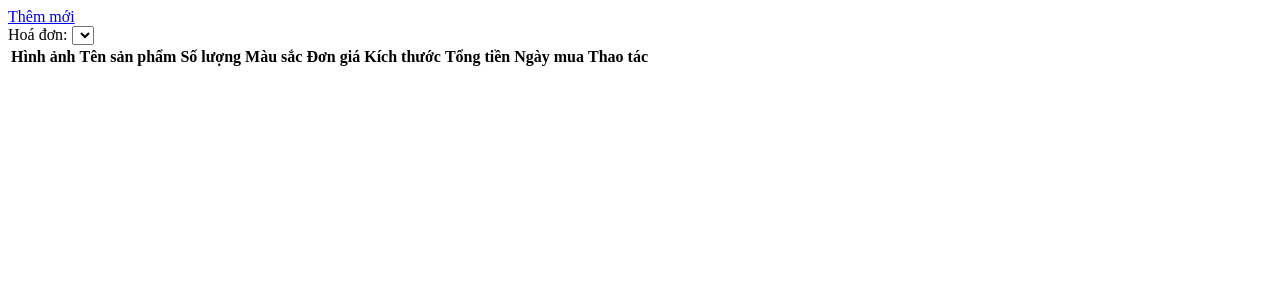
Repository: nvhct2002vn/Java4_asm.github.io
Page: http://localhost/HiennvPH13697_SOF3011_Assignment/views/admin/carts/index.jsp
An editor plug-in stored every save of this project. The page is shown before and after a run of saves, followed by the edit.
The browser window is 1280 px wide. The pictures show the whole page.
The page is served by Tomcat 9. Other server files are loaded and not shown. The template is opened directly, without the code that normally fills it, so the values that code supplies are empty.

Above is the page before, as saved 2022-04-09 16:00:43.

### HiennvPH13697_SOF3011_Assignment/src/main/webapp/views/admin/carts/index.jsp
<%@ page language="java" contentType="text/html; charset=UTF-8"
	pageEncoding="UTF-8"%>
<%@taglib uri="http://java.sun.com/jstl/core_rt" prefix="c"%>
<%-- <c:if test="${ empty userLogin}"> --%>
<!-- 	<div class="text-center"> -->
<!-- 		<h4>Vui lòng đăng nhập!</h4> -->
<!-- 	</div> -->
<%-- </c:if> --%>
<%-- <c:if test="${ !empty userLogin}"> --%>
<%-- 	<c:if test="${ user.phanQuyen != 1 }"> --%>
<!-- 		<div class="text-center"> -->
<!-- 			<h4>Bạn không có quyền truy cập!</h4> -->
<!-- 		</div> -->
<%-- 	</c:if> --%>
<%-- </c:if> --%>
<%-- <c:if test="${userLogin.phanQuyen == 1}"> --%>

<%-- </c:if> --%>
<c:if test="${ !empty  sessionScope.message }">
	<div class="alert alert-success">${ sessionScope.message }</div>
	<c:remove var="message" scope="session" />
</c:if>

<c:if test="${ !empty  sessionScope.erro }">
	<div class="alert alert-danger">${ sessionScope.erro }</div>
	<c:remove var="erro" scope="session" />
</c:if>

<div class="table-responsive">
	<div class="text-center">
		<a class="btn btn-warning mt-2"
			href="/HiennvPH13697_SOF3011_Assignment/products/create">Thêm mới</a>
	</div>

	<div>
		<label class="form-lable">Hoá đơn:</label> <select name="cart"
			class="form-select">
			<c:forEach var="lstCart" items="${ lstCart }">
				<option value="${ lstCart.id }">${ lstCart.id }</option>
			</c:forEach>
		</select>
	</div>

	<table class="table">
		<tr>
			<th>Hình ảnh</th>
			<th>Tên sản phẩm</th>
			<th>Số lượng</th>
			<th>Màu sắc</th>
			<th>Đơn giá</th>
			<th>Kích thước</th>
			<th>Tổng tiền</th>
			<th>Ngày mua</th>
			<!-- 			<th>Người thêm</th> -->
			<th colspan="2">Thao tác</th>
		</tr>
		<c:forEach var="lstCartdt" items="${ lstCartdt }">
			<tr>
				<td><img alt="Product" style="max-height: 100px"
					src="/HiennvPH13697_SOF3011_Assignment/images/${ lstCartdt.product.img }"></td>
				<td>${ lstCartdt.product.category.ten}${ khoangTrang }${ lstCartdt.product.ten }</td>
				<td>${ lstCartdt.soLuong }</td>
				<td>${ lstCartdt.product.mauSac }</td>
				<td>${ lstCartdt.product.donGia }</td>
				<td>${ lstCartdt.product.kichThuoc }</td>
				<td>${ lstCartdt.cart.tongTien }</td>
				<td>${ lstCartdt.cart.ngayMua }</td>
				<td><a class="btn btn-info"
					href="/HiennvPH13697_SOF3011_Assignment/products/edit?id=${ lstCartdt.id }">Sửa</a>
				</td>
				<td>
					<!-- Button trigger modal -->
					<button type="button" class="btn btn-danger" data-bs-toggle="modal"
						data-bs-target="#exampleModal${ lstCartdt.id }">Xóa</button> <!-- Modal -->
					<div class="modal fade" id="exampleModal${ lstCartdt.id }"
						tabindex="-1" aria-labelledby="exampleModalLabel"
						aria-hidden="true">
						<div class="modal-dialog">
							<div class="modal-content">
								<div class="modal-header">
									<h5 class="modal-title" id="exampleModalLabel">Xóa sản
										phẩm</h5>
									<button type="button" class="btn-close" data-bs-dismiss="modal"
										aria-label="Close"></button>
								</div>
								<div class="modal-body">Bạn chắc chắn muốn xóa sản phẩm
									này hay không ?</div>
								<div class="modal-footer">
									<button type="button" class="btn btn-secondary"
										data-bs-dismiss="modal">Close</button>
									<a class="btn btn-danger"
										href="/HiennvPH13697_SOF3011_Assignment/products/delete?id=${ lstCartdt.id }">Xóa</a>
								</div>
							</div>
						</div>
					</div>
				</td>
			</tr>
		</c:forEach>
	</table>
</div>

After the next 2 saves:
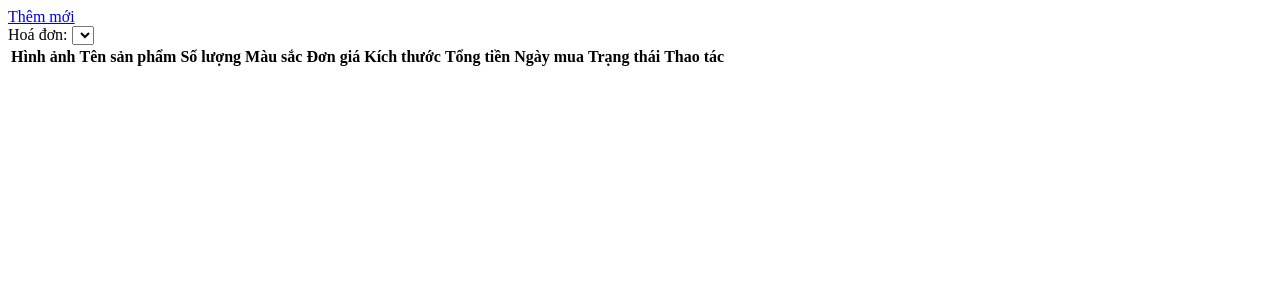
The 2 saves are shown as one change because they came seconds apart.
The last was saved 39 s later.
--- a/HiennvPH13697_SOF3011_Assignment/src/main/webapp/views/admin/carts/index.jsp
+++ b/HiennvPH13697_SOF3011_Assignment/src/main/webapp/views/admin/carts/index.jsp
@@ -51,6 +51,7 @@
 			<th>Kích thước</th>
 			<th>Tổng tiền</th>
 			<th>Ngày mua</th>
+			<th>Trạng thái</th>
 			<!-- 			<th>Người thêm</th> -->
 			<th colspan="2">Thao tác</th>
 		</tr>
